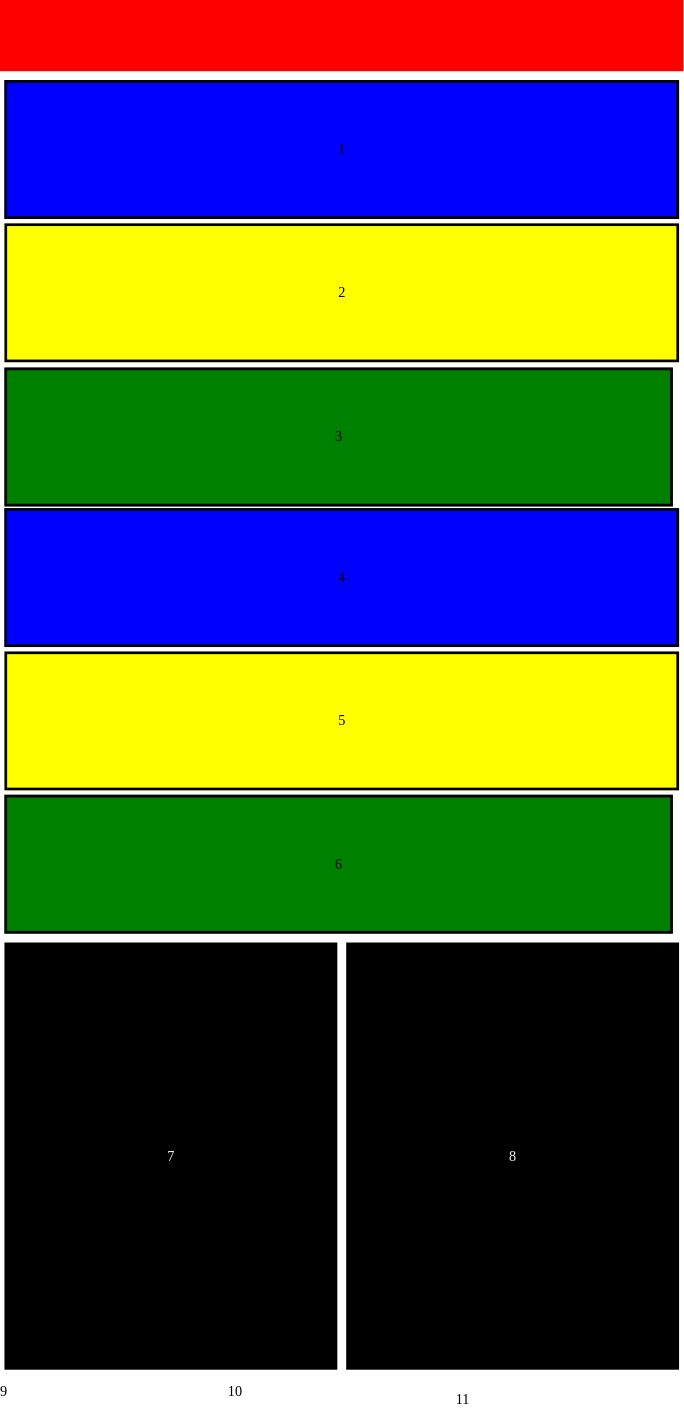
Repository: future4code/Gabriel-Ricarte
Page: Semana3/Aula02/Index.html
An editor plug-in stored every save of this project. The page is shown before and after a run of saves, followed by the edit.
The browser window is 768 px wide. The pictures show the whole page, at 89% of full size.

Above is the page before, as saved 2019-11-12 19:07:22.

After the next 2 saves:
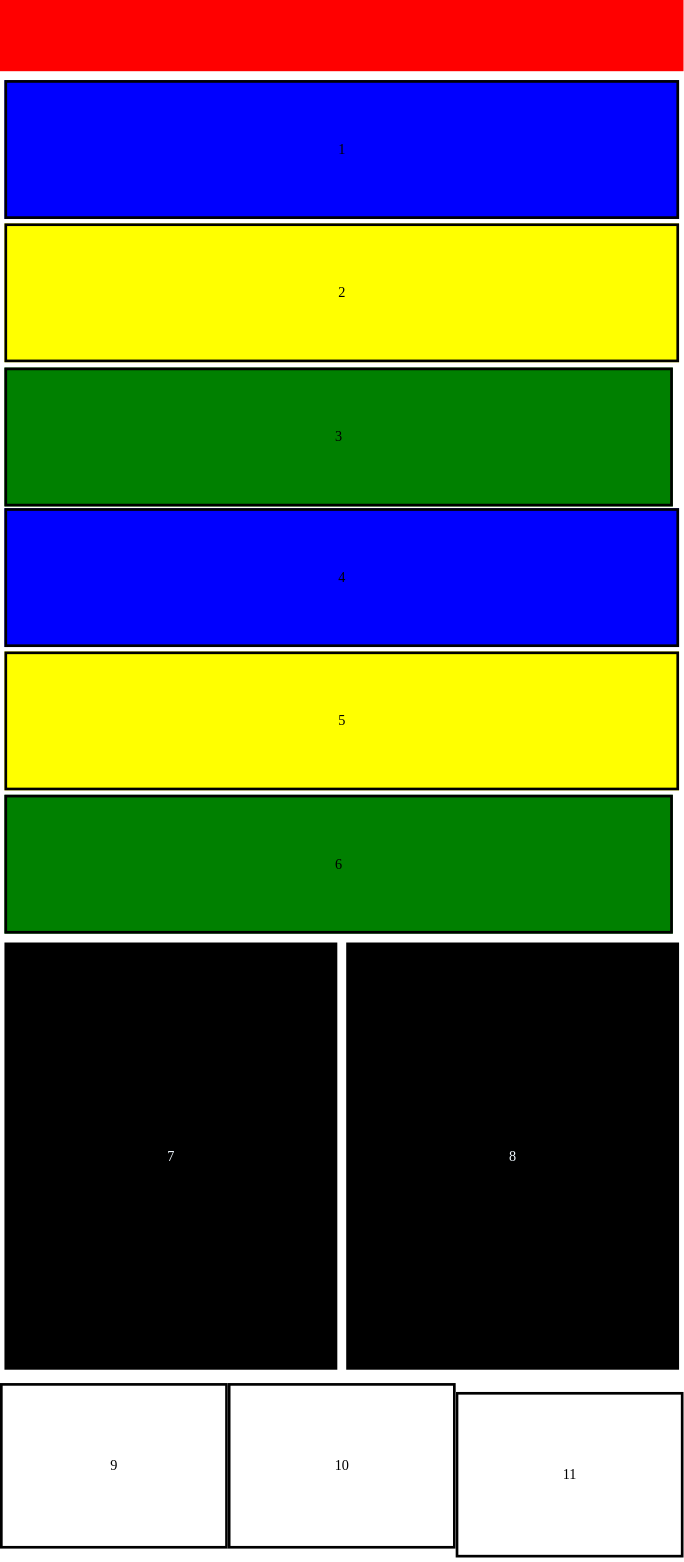
The 2 saves are shown as one change because they came seconds apart.
The last was saved 9 s later.
--- a/Semana3/Aula02/Style.css
+++ b/Semana3/Aula02/Style.css
@@ -100,7 +100,7 @@ body{
     height: 150px;
     justify-content: center;
 }
-.ThirdContainerGrid>div{
+.ThirdContainer>div{
     border: solid;
     background-color:white;
     align-items: center;
@@ -115,7 +115,7 @@ body{
 
 
 
-    .FirstContainerGrid{
+    .FirstContainer{
 
         flex-wrap: wrap;
 
